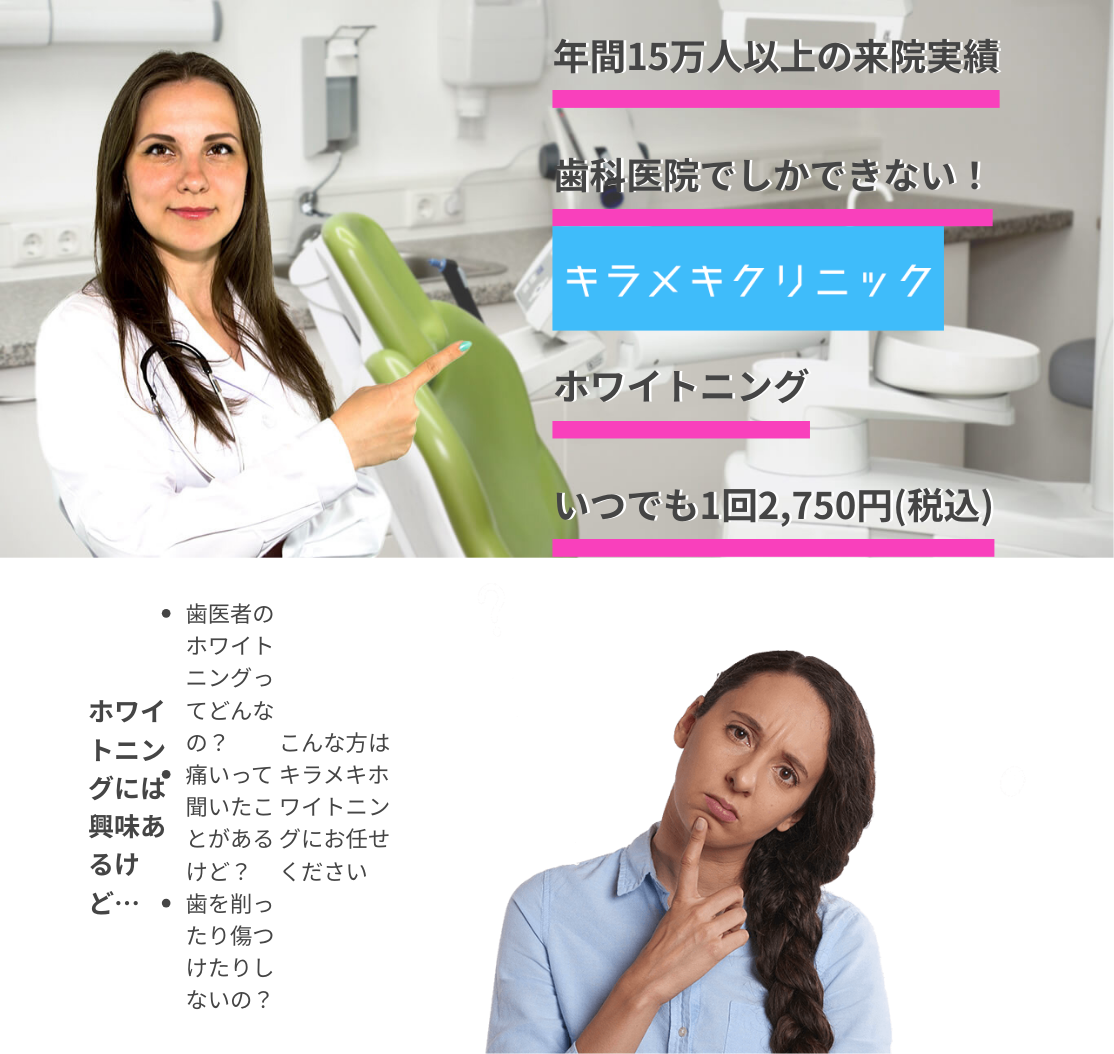
Repository: ryu-nuno/tech_academy_subwork
Page: first/index.html
The author's editor kept a record of every edit. The page is drawn from the files as they stood at one moment, then again after the next edit.
The browser window is 1280 px wide. The pictures show the whole page, at 87% of full size.
Some web libraries are served in a nearby version.

Above is the page before.

### first/index.html
<!DOCTYPE html>
<html lang="ja">

  <head>
    <title>first</title>
  <meta charset="utf-8">
  <meta name="description" content="kirameki clinic">
  <meta name="viewport" content="width=device-width, initial-scale=1">
  <meta property="og:site_name" content="キラメキクリニック｜歯科医院でホワイトニング" />
  <meta property="og:title" content="キラメキクリニック｜歯科医院でホワイトニング">
  <meta property="og:description" content="キラメキクリニックは、年間15万人以上の来院実績がある歯科医院です。有資格者によるプロの施術を1回2,750円〜で手軽にホワイトニングができます。ホワイトニングをしてみたい方はお問い合わせの上ぜひご来院ください！">
  <meta property="og:type" content="article">
  <meta property="og:url" content="https://demo.techacademy.jp/sidejob-selfstudy1/">
  <meta property="og:image" content="https://demo.techacademy.jp/sidejob-selfstudy1/images/main_pc.jpg">
  <meta property="og:locale" content="ja_JP">
  <link rel="stylesheet" href="assets/ress/ress.min.css">
  <link rel="stylesheet" href="css/style.css">
  <script src="https://kit.fontawesome.com/ab2670e4fc.js" crossorigin="anonymous"></script>
  </head>

  <body>
    <header class="container">
    <div class="contents_width">
      <div class="wrapper">
        <h1>
          <span>年間15万人以上の来院実績</span>
          <span>歯科医院でしかできない！</span>
          <img src="img/logo_top.png" alt="キラメキクリニック">
        </h1>
        <p>
          <span>ホワイトニング</span>
          <span>いつでも1回2,750円(税込)</span>
        </p>
      </div>
    </div>
  </header>

  <section class="interest bg_stripe container">
    <div class="contents_width">
      <h3>ホワイトニングには興味あるけど…</h3>
      <ul>
        <li>歯医者のホワイトニングってどんなの？</li>
        <li>痛いって聞いたことがあるけど？</li>
        <li>歯を削ったり傷つけたりしないの？</li>
      </ul>
      <p>こんな方はキラメキホワイトニングにお任せください</p>
      <img src="images/thinking_w.png" alt="ホワイトニングの疑問イメージ">
    </div>
  </section>
  </body>

### first/assets/ress/ress.min.css
/*!
 * ress.css • v4.0.0
 * MIT License
 * github.com/filipelinhares/ress
 */html{box-sizing:border-box;-webkit-text-size-adjust:100%;word-break:normal;-moz-tab-size:4;tab-size:4}*,:after,:before{background-repeat:no-repeat;box-sizing:inherit}:after,:before{text-decoration:inherit;vertical-align:inherit}*{padding:0;margin:0}hr{overflow:visible;height:0;color:inherit}details,main{display:block}summary{display:list-item}small{font-size:80%}[hidden]{display:none}abbr[title]{border-bottom:none;text-decoration:underline;text-decoration:underline dotted}a{background-color:transparent}a:active,a:hover{outline-width:0}code,kbd,pre,samp{font-family:monospace,monospace}pre{font-size:1em}b,strong{font-weight:bolder}sub,sup{font-size:75%;line-height:0;position:relative;vertical-align:baseline}sub{bottom:-.25em}sup{top:-.5em}table{border-color:inherit;text-indent:0}input{border-radius:0}[disabled]{cursor:default}[type=number]::-webkit-inner-spin-button,[type=number]::-webkit-outer-spin-button{height:auto}[type=search]{-webkit-appearance:textfield;outline-offset:-2px}[type=search]::-webkit-search-decoration{-webkit-appearance:none}textarea{overflow:auto;resize:vertical}button,input,optgroup,select,textarea{font:inherit}optgroup{font-weight:700}button{overflow:visible}button,select{text-transform:none}[role=button],[type=button],[type=reset],[type=submit],button{cursor:pointer;color:inherit}[type=button]::-moz-focus-inner,[type=reset]::-moz-focus-inner,[type=submit]::-moz-focus-inner,button::-moz-focus-inner{border-style:none;padding:0}[type=button]::-moz-focus-inner,[type=reset]::-moz-focus-inner,[type=submit]::-moz-focus-inner,button:-moz-focusring{outline:1px dotted ButtonText}[type=reset],[type=submit],button,html [type=button]{-webkit-appearance:button}button,input,select,textarea{background-color:transparent;border-style:none}a:focus,button:focus,input:focus,select:focus,textarea:focus{outline-width:0}select{-moz-appearance:none;-webkit-appearance:none}select::-ms-expand{display:none}select::-ms-value{color:currentColor}legend{border:0;color:inherit;display:table;white-space:normal;max-width:100%}::-webkit-file-upload-button{-webkit-appearance:button;color:inherit;font:inherit}img{border-style:none}progress{vertical-align:baseline}[aria-busy=true]{cursor:progress}[aria-controls]{cursor:pointer}[aria-disabled=true]{cursor:default}

### first/css/style.css
@charset "UTF-8"; /* 文字コードの指定 */
@import url('https://fonts.googleapis.com/css2?family=Noto+Sans+JP:wght@400;700;900&display=swap');
@import url('https://fonts.googleapis.com/css2?family=Noto+Serif+JP:wght@400;700&display=swap');


body{
    font-size: 1.6rem;
    color: #454545;
    font-family: "Noto Sans JP", "Helvetica Neue", Arial, "Hiragino Kaku Gothic ProN", "Hiragino Sans", Meiryo, sans-serif;
}

header{
    background-image: url(../img/main_pc.jpg);
    background-size: cover;
    height: 50.073vw;
    background-position: top left;
}

.container{
    padding: 0 7.9vw;
}

.contents_width{
    display: flex;
    height:100%;
    justify-content:flex-end;
    align-items:center;
}

.wrapper{
    width:42.4567vw;
}

.wrapper h1{
    font-size: 0;
}

.wrapper span{
    font-weight: 900;
    display: inline-block;
    font-size: 3.294vw;
    line-height: calc(4.5rem + 1.6rem * 2);
    background: linear-gradient(transparent calc(100% - 20px), #f940bc calc(100% - 20px));
    text-shadow: 3px 0 #fff;
}

.wrapper span+span {
    margin: 0.8rem 0 0;
}

After the next edit:
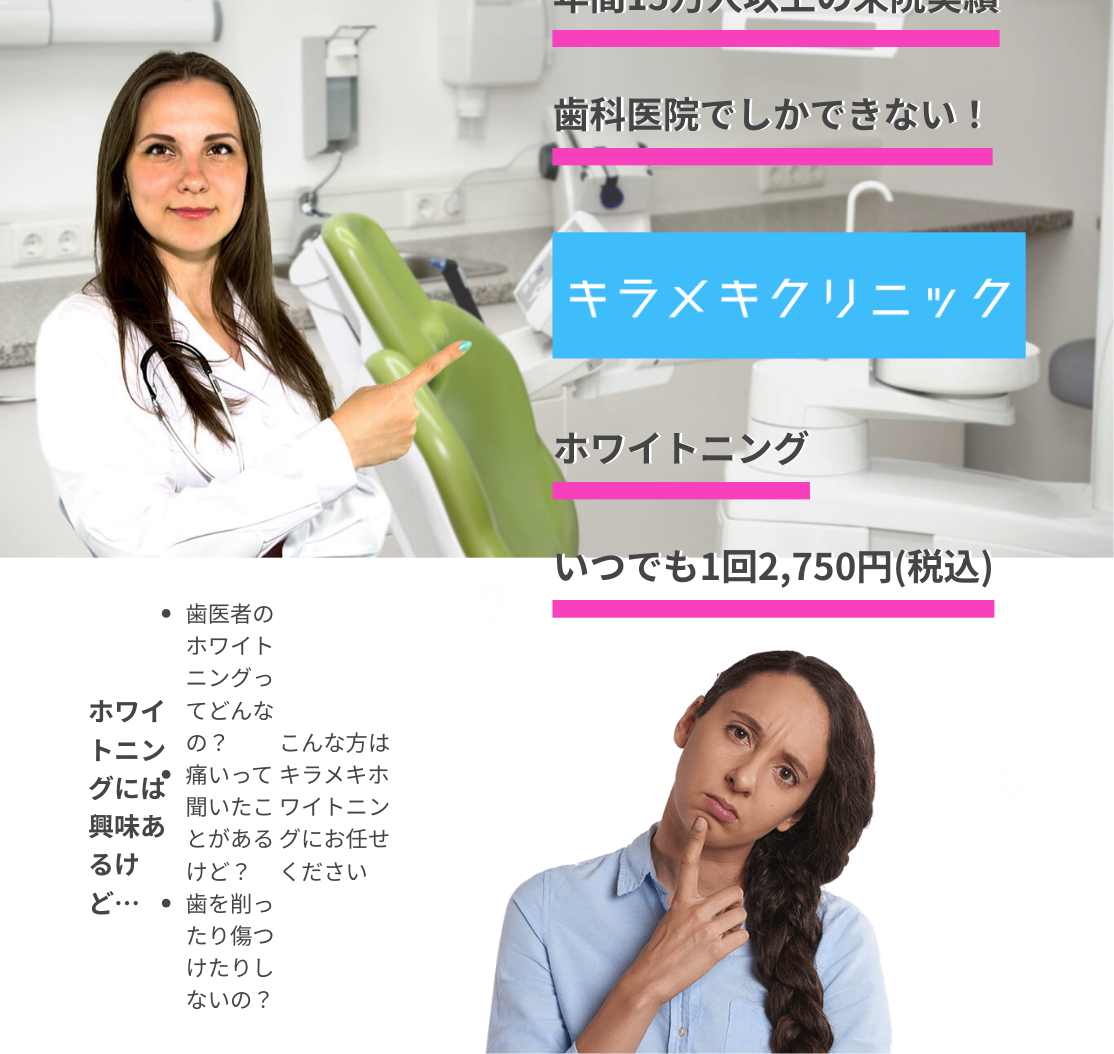
The edit:
--- a/first/css/style.css
+++ b/first/css/style.css
@@ -47,3 +47,10 @@
 .wrapper span+span {
     margin: 0.8rem 0 0;
 }
+
+header .wrapper img {
+    display: block;
+    margin: 4.8rem auto 2.4rem;
+    max-width: 45rem;
+    width: 100%;
+}
